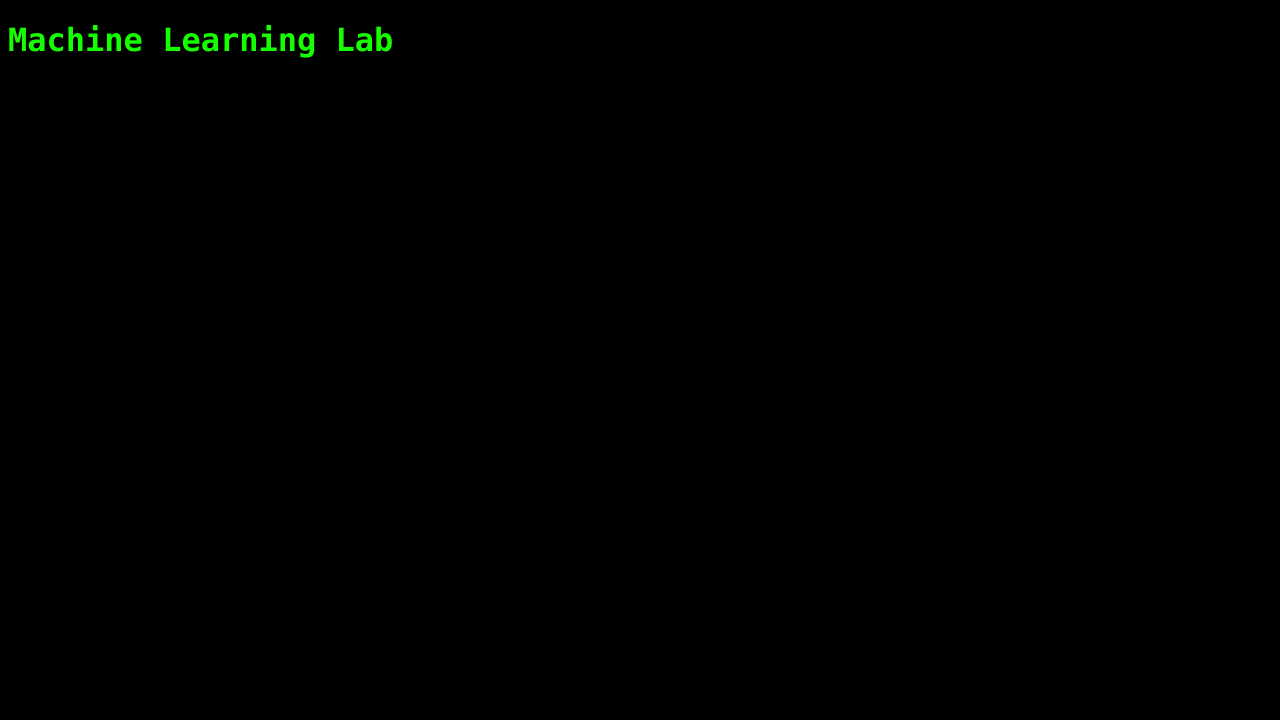
Repository: blackout41/machineLearning
Page: goldIndex.html
The author's editor kept a record of every edit. The page is drawn from the files as they stood at one moment, then again after the next edit.
The browser window is 1280 px wide. The pictures show the whole page.
Some web libraries are served in a nearby version.

Above is the page before.

After the next edit:
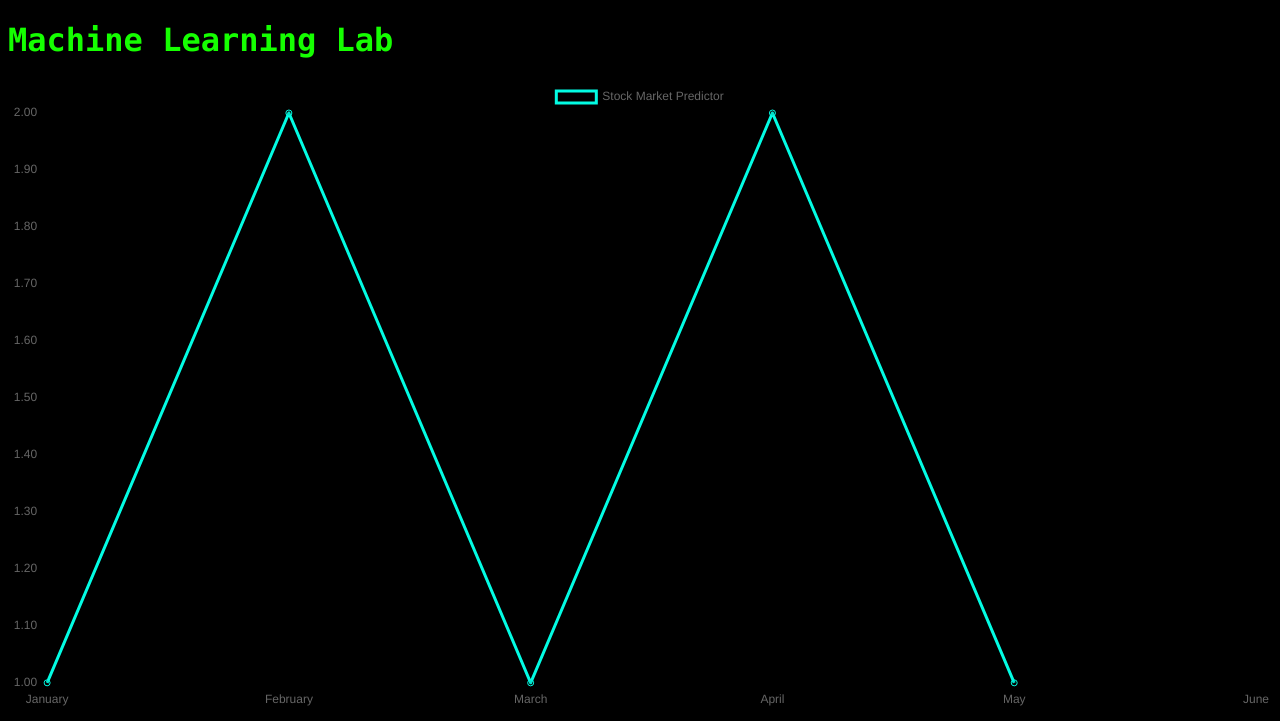
The edit:
--- a/goldIndex.js
+++ b/goldIndex.js
@@ -8,7 +8,7 @@
 
 //Same test as previous, but combined on a single set
 const trainingData = [
-        [
+    [
         15,
         15,
         16,
@@ -20,8 +20,32 @@
 
 net.train(trainingData, );
 
-let result =  net.run([12]);
-let forecastData = net.forecast([12], 100)
-console.log( result);
+let result = net.run([12]);
+let forecastData = net.forecast([12], 10)
+console.log(result);
 
-console.log( forecastData) ;
+console.log(forecastData);
+
+var stockNextVal = parseFloat(document.getElementById("stock-value1").innerHTML);
+var ctx = document.getElementById('myChart').getContext('2d');
+var chart = new Chart(ctx, {
+    // The type of chart we want to create
+    type: 'line',
+
+    // The data for our dataset
+    data: {
+        labels: ['January', 'February', 'March', 'April', 'May', 'June'],
+        datasets: [{
+            label: 'Stock Market Predictor',
+            //backgroundColor: 'rgb(255, 99, 132)',
+            borderColor: '#03fce3',
+            data: [1, 2, 1, 2, 1, stockNextVal],
+            lineTension: 0
+        }]
+    },
+
+    // Configuration options go here
+    options: {
+        bezierCurve: false
+    }
+});
